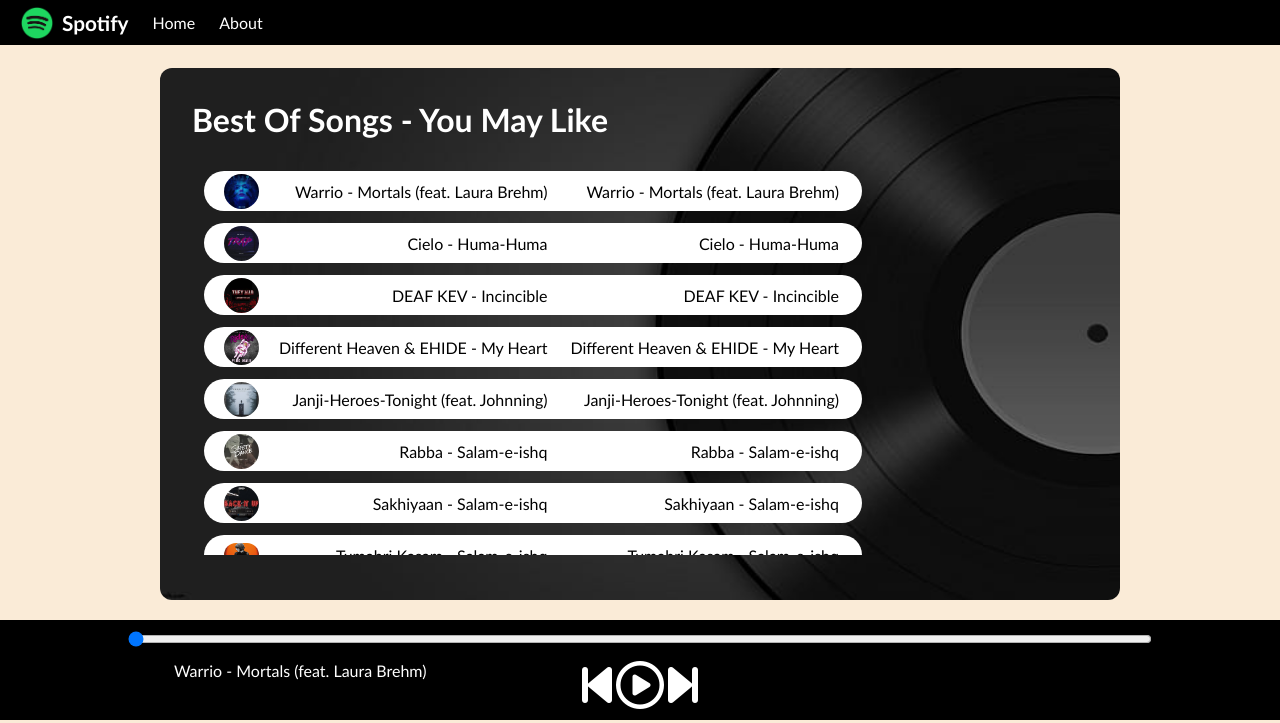
Repository: Chiranshukapil/Spotify-Project
Page: index.html
These files come from the project's save history. The page is drawn as it stood at one moment and after a run of saves; the edit follows.
The browser window is 1280 px wide. The pictures show the whole page.
An inner scrolling area shows only its first screen. Some web libraries are served in a nearby version.

Above is the page before, as saved 2024-06-26 17:43:17.

After the next 2 saves:
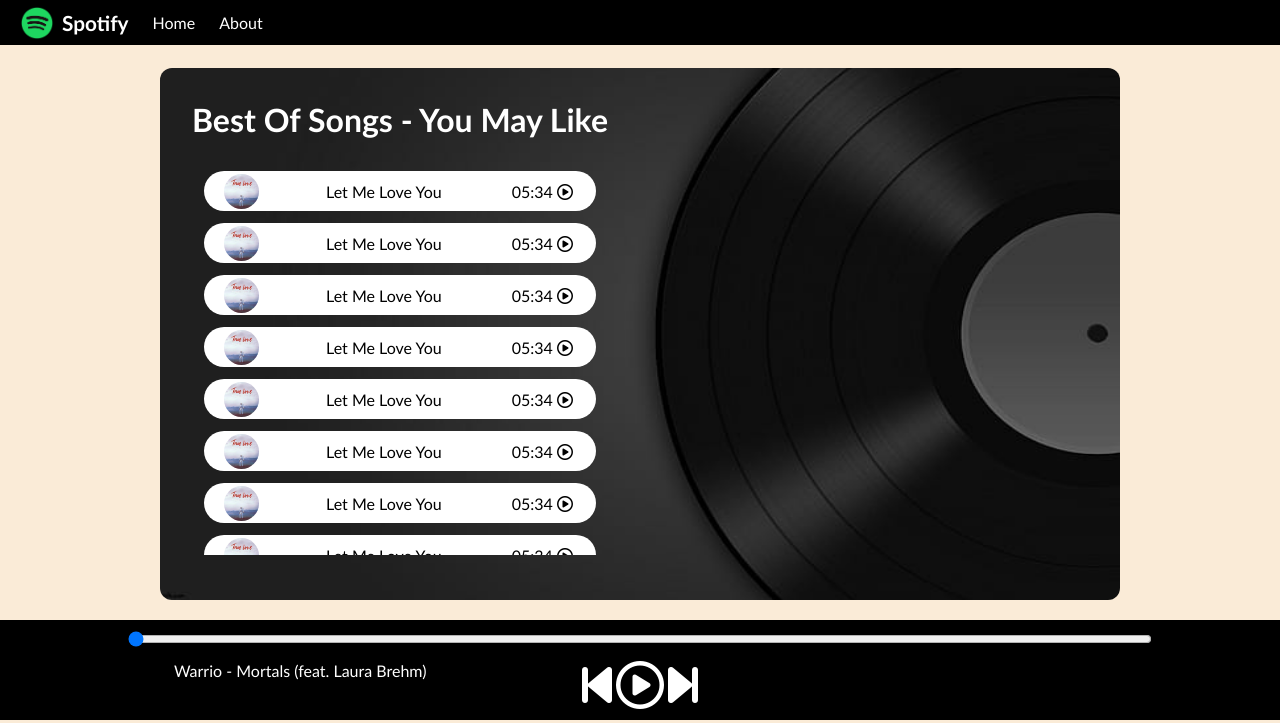
Console error: SyntaxError: Unexpected token ';'
The 2 saves are shown as one change because they came seconds apart.
The last was saved 33 s later.
--- a/script.js
+++ b/script.js
@@ -22,7 +22,7 @@
 songitems.forEach((element,i)=>{
     element.getElementsByTagName("img")[0].src = songs[i].coverpath;
     element.getElementsByClassName("songname")[0].innerText = songs[i].songname;
-    element.getElementsByClassName("timestamp")[0].innerText = songs[i].songname;
+    element.getElementsByClassName("timestamp")[0].innerText = ;
 })
 
 //Handle play/pause

After the save that followed:
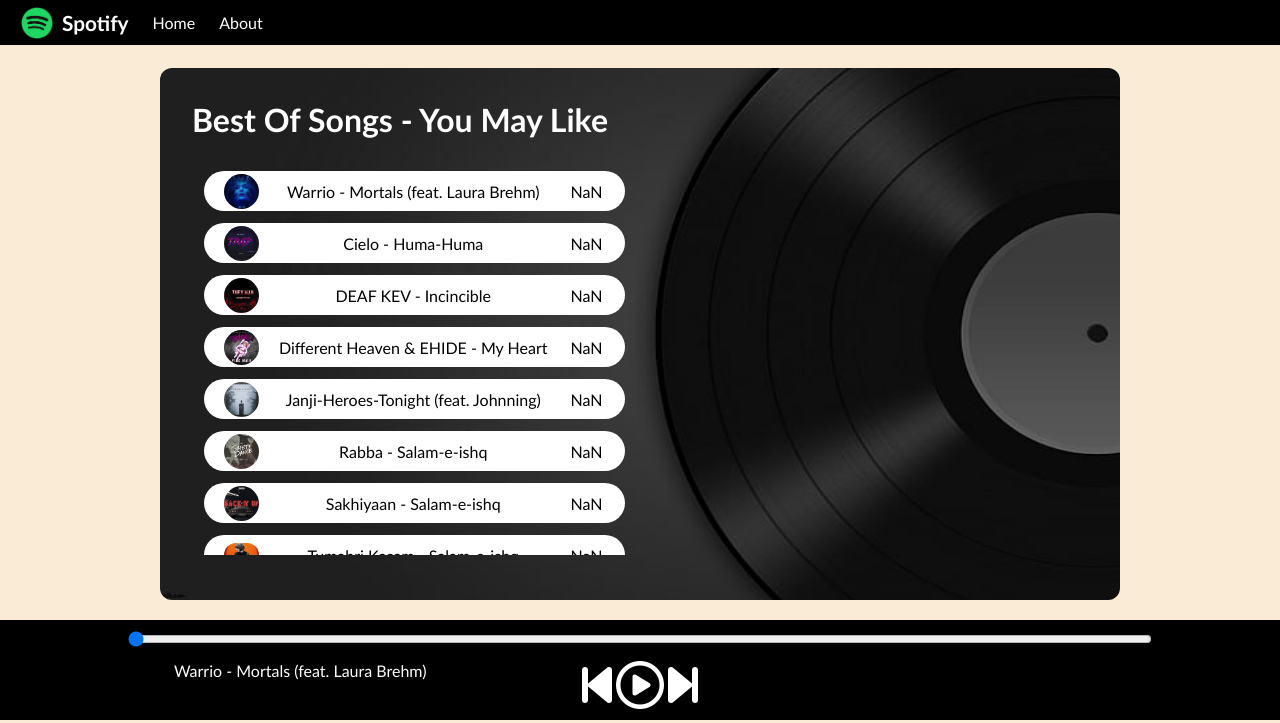
The error is gone.
Saved 10 s later.
--- a/script.js
+++ b/script.js
@@ -22,7 +22,7 @@
 songitems.forEach((element,i)=>{
     element.getElementsByTagName("img")[0].src = songs[i].coverpath;
     element.getElementsByClassName("songname")[0].innerText = songs[i].songname;
-    element.getElementsByClassName("timestamp")[0].innerText = ;
+    element.getElementsByClassName("timestamp")[0].innerText = audioelement.duration;
 })
 
 //Handle play/pause
